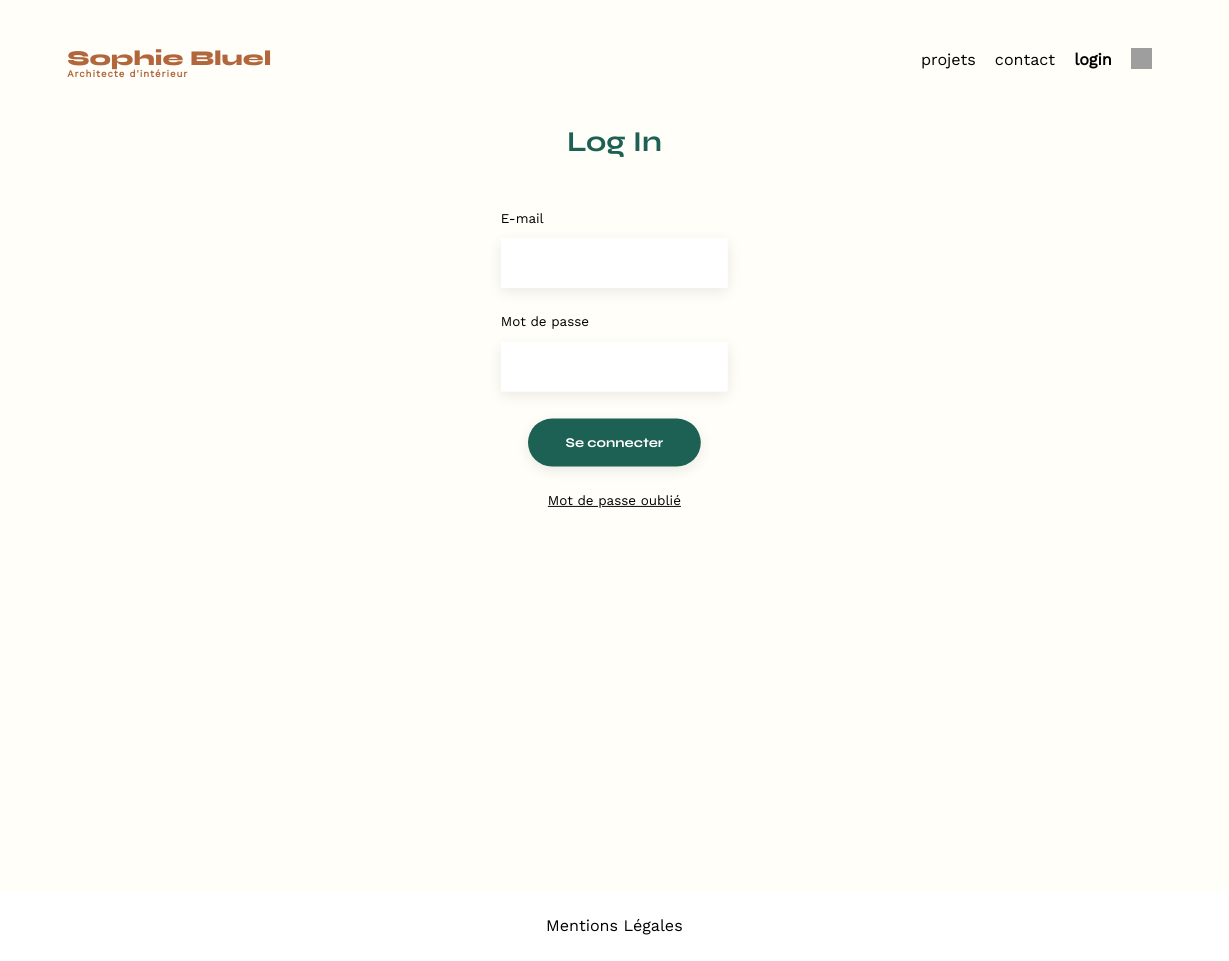
Repository: moopits/p6
Page: FrontEnd/html/loginAdmin.html
These files come from the project's save history. The page is drawn as it stood at one moment and after the next save; the edit follows.
The browser window is 1280 px wide. The pictures show the whole page, at 96% of full size.
Pictures or frames that could not be fetched are drawn as grey boxes.

Above is the page before, as saved 2024-02-16 04:24:28.

After the next save:
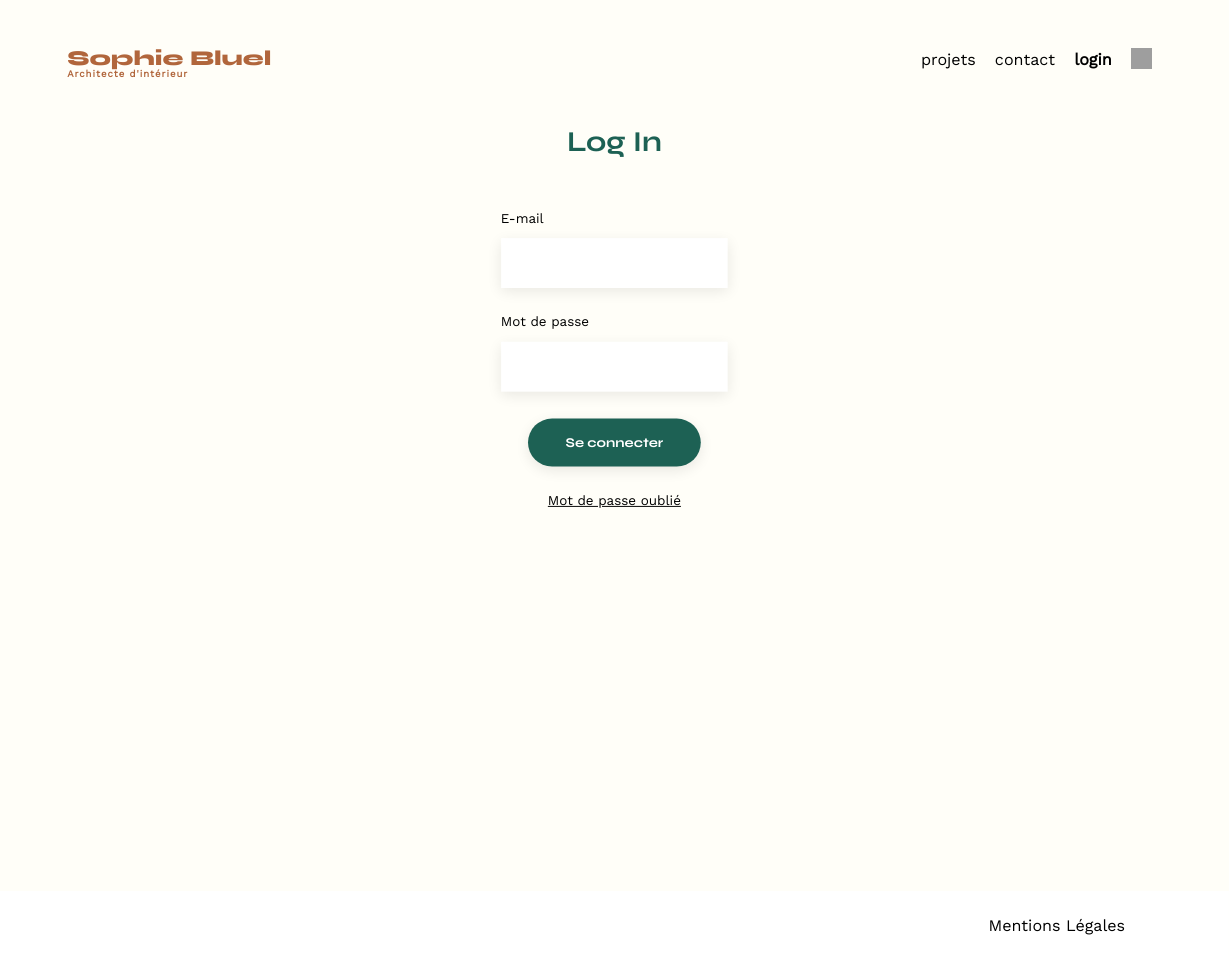
Saved 5 s later.
--- a/FrontEnd/html/loginAdmin.html
+++ b/FrontEnd/html/loginAdmin.html
@@ -47,7 +47,7 @@
 		</div>
 
 	<footer id="footerCenter">
-		<nav class="">
+		<nav class="footer-nav">
 			<ul>
 				<li>Mentions Légales</li>
 			</ul>
